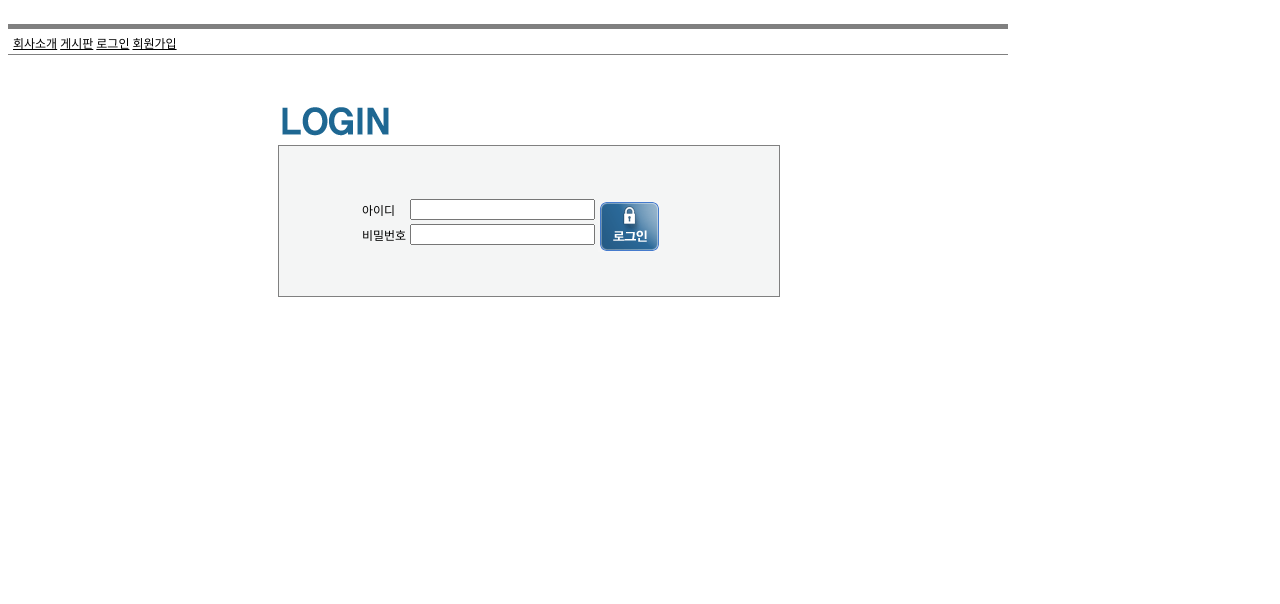
Repository: asaf0813/aisw
Page: java/이클립스/workspace/html/htmltest/WebContent/member/login.html
The author's editor kept a copy of each file at every save. The page is drawn from the files as they stood at one save, then again after the next save.
The browser window is 1280 px wide. The pictures show the part of the page from y = 158 to 762 px (the page is 762 px tall).

Above is the page before, as saved 2019-10-03 06:53:21.

### java/이클립스/workspace/html/htmltest/WebContent/member/login.html
<!doctype html>
<html lang="en">
	<head>
		<meta charset="UTF-8">
		<meta name="Generator" content="EditPlus®">
		<meta name="Author" content="">
		<meta name="Keywords" content="">
		<meta name="Description" content="">
		<title>login</title>
		<link href="./login.css" rel="stylesheet" type="text/css" >
	</head>
	<body>

		<div class="header">
			<a href="../main.html">
			<img width="100%" height="150" src = "http://www.postech.ac.kr/wp-content/themes/postech/images/imgs/signature4.png", alt="" ></a>
		<div>
			<p style="margin-top:20px"></p>
		</div>

		<div class="topnavi_ds">
			<div class="topnavi">
				<a href="../intro/intro.html">회사소개</a> <a href="../board/list.html">게시판</a> <a href="../member/login.html">로그인</a> <a href="../member/join.html">회원가입</a>
			</div>
		</div>

		<div class="divide"/>

		<div class="body">

			<div class="login_img"><img src="image/img_logintitle.gif"></div>
			<div class="login_bg">

				<div class="login_box">
					<table>
						<tr>
							<td>아이디</td>
							<td><input type="text"></td>
						</tr>
						<tr>
							<td>비밀번호</td>
							<td><input type="text"></td>
						</tr>
					</table>
				</div>

				<div class="login_btn"><img src="image/btn_login.gif"></div>

			</div>

		</div>

	</body>
</html>

### java/이클립스/workspace/html/htmltest/WebContent/member/login.css
.header a:hover{color:black;}
.header a{color:black;}

.header{
	width:1000px;
	height:50px;
	float:left;
	font-size: 9pt;
}

.topnavi_ds{
	width:100%;
	height:5px;
	background-color:gray;
	float:left;
}

.topnavi{
	width:1000px; height:30px;
	float:left;
	margin-top:10px;
	margin-left:5px;
	font-size: 9pt;
}

.divide{
	width:100%;
	height:1px;
	float:left;
	margin-top: 25px;
	background-color:gray;
}

.body{
	font-size: 9pt;
	margin-top:50px;
	margin-left:20px;
	width:1000px;
	height:500px;
	float:left;
}

.login_img{
	margin-left:250px;
}

.login_bg{
	width:500px;
	height:150px;
	border:1px solid gray;
	margin-left:250px;
	background: none repeat scroll left center #F4F5F5;
}

.login_box{
	margin-top:50px;
	margin-left:80px;
	float:left;
}

.login_btn{
	margin-top:55px;
	float:left;
}

After the next save:
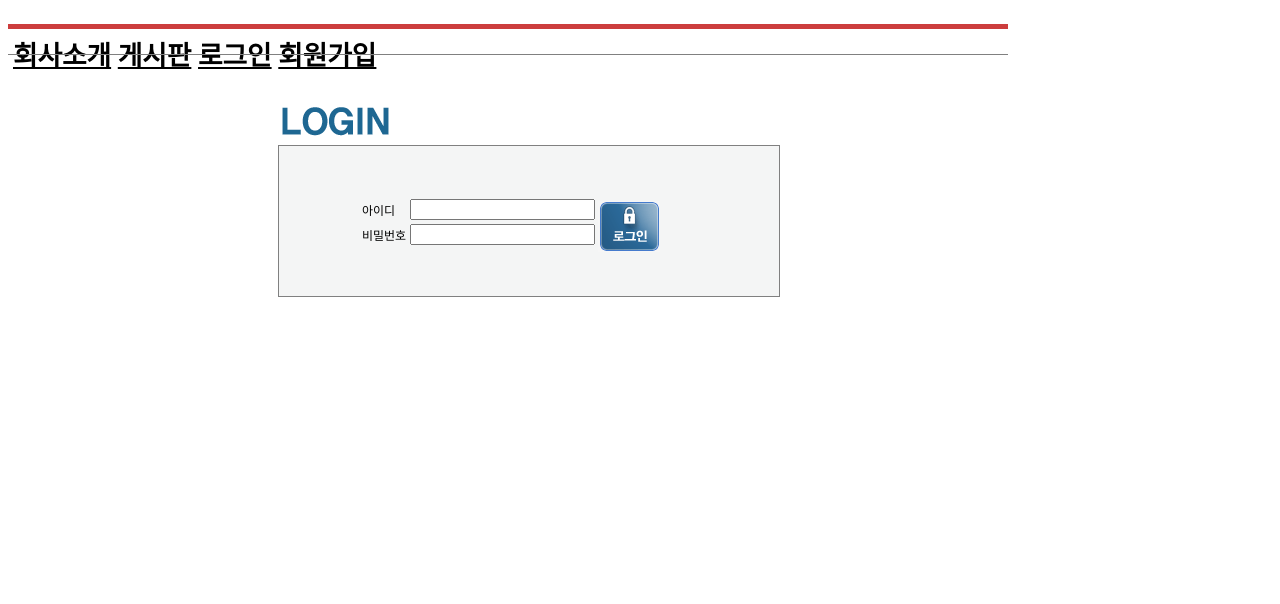
Saved 30 s later.
--- a/java/이클립스/workspace/html/htmltest/WebContent/member/login.css
+++ b/java/이클립스/workspace/html/htmltest/WebContent/member/login.css
@@ -1,5 +1,5 @@
-.header a:hover{color:black;}
-.header a{color:black;}
+.header a:hover{color:red;}
+.header a{color:blue;}
 
 .header{
 	width:1000px;
@@ -11,16 +11,19 @@
 .topnavi_ds{
 	width:100%;
 	height:5px;
-	background-color:gray;
+	background-color:#CC3D3D;
 	float:left;
 }
+.topnavi a:hover{color:green;}
+.topnavi a{color:#000000;}
 
 .topnavi{
 	width:1000px; height:30px;
 	float:left;
 	margin-top:10px;
 	margin-left:5px;
-	font-size: 9pt;
+	font-size: 20pt;
+	font-weight: bold;
 }
 
 .divide{
